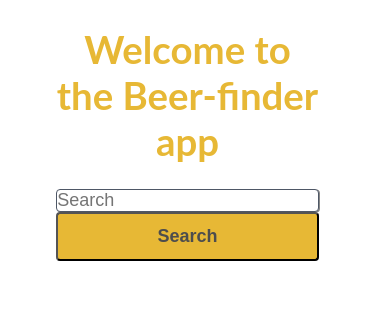
Repository: marcinszymaszek/beer-finder
Page: /
These files come from the project's save history. The page is drawn as it stood at one moment and after the next save; the edit follows.
The browser window is 375 px wide. The pictures show the whole page.
The project was rebuilt for these pictures with package versions that can differ from the ones it lists, and the page was loaded fresh each time.

Above is the page before, as saved 2020-05-10 20:37:45.

### public/index.html
<!DOCTYPE html>
<html lang="en">
  <head>
    <meta charset="utf-8" />
    <link rel="icon" href="%PUBLIC_URL%/favicon.ico" />
    <meta name="viewport" content="width=device-width, initial-scale=1" />
    <meta name="theme-color" content="#000000" />
    <meta
      name="description"
      content="Web site created using create-react-app"
    />
    <link rel="apple-touch-icon" href="%PUBLIC_URL%/logo192.png" />
    <!--
      manifest.json provides metadata used when your web app is installed on a
      user's mobile device or desktop. See https://developers.google.com/web/fundamentals/web-app-manifest/
    -->
    <link rel="manifest" href="%PUBLIC_URL%/manifest.json" />
    <!--
      Notice the use of %PUBLIC_URL% in the tags above.
      It will be replaced with the URL of the `public` folder during the build.
      Only files inside the `public` folder can be referenced from the HTML.

      Unlike "/favicon.ico" or "favicon.ico", "%PUBLIC_URL%/favicon.ico" will
      work correctly both with client-side routing and a non-root public URL.
      Learn how to configure a non-root public URL by running `npm run build`.
    -->
    <title>Beer-finder App</title>
  </head>
  <body>
    <noscript>You need to enable JavaScript to run this app.</noscript>
    <div id="root"></div>
    <!--
      This HTML file is a template.
      If you open it directly in the browser, you will see an empty page.

      You can add webfonts, meta tags, or analytics to this file.
      The build step will place the bundled scripts into the <body> tag.

      To begin the development, run `npm start` or `yarn start`.
      To create a production bundle, use `npm run build` or `yarn build`.
    -->
  </body>
</html>

### src/index.js
import React from 'react';
import ReactDOM from 'react-dom';
import './index.css';
import App from './components/main/App';
import * as serviceWorker from './serviceWorker';

ReactDOM.render(
  <React.StrictMode>
    <App />
  </React.StrictMode>,
  document.getElementById('root')
);

// If you want your app to work offline and load faster, you can change
// unregister() to register() below. Note this comes with some pitfalls.
// Learn more about service workers: https://bit.ly/CRA-PWA
serviceWorker.unregister();

### src/components/main/App.js
import React, { useState, useEffect } from 'react';
import './App.css';
import Search from '../search/Search'


const App = () => {

  return (
    <div className="main-container">
      <h1 className="app-title">Welcome to the Beer-finder app</h1>
      <Search />


    </div>
  );
}

export default App;

### src/components/main/App.css
.main-container {
  font-family: Lato, sans-serif;
  font-size: 1.5em;
  height: 100vh;
  line-height: 20px;
  font-size: 1.3rem;
  text-align: center;
  margin: 5% 20%;
  color: #e7b835;
}

.app-title{
  line-height: normal;
}

@media (max-width: 1199px)  {
  .main-container  {
    font-size: 1.2em;
  }
}

@media (max-width: 576px)  {
  .main-container  {
    height: auto;
    margin-bottom: 20%;
    margin-left: 15%;
    margin-right: 15%;
  }
}

### src/components/search/Search.js
import React, { useState, useEffect } from 'react';
import './Search.css';


const Search = () => {

    return (
        <div className="inline-container">
            <input name="text" type="text" placeholder="Search" />
            <button>Search</button>
        </div>
    )
}

export default Search;

### src/components/search/Search.css
.inline-container {
    display: flex;
    flex-flow: wrap;
    align-content: center;
    align-items: stretch;
    justify-content: space-around;
}

input {
    width: 100%;
    margin: 10px;
    padding: 18px 10px;
    border-radius: 4px;
    border: 1px solid #4e5766;
    box-shadow: 1px 0.5px #888888;
    font-size: 18px;
}

    button {
        padding: 12px 10px;
        width: 30%;
        border-radius: 4px;
        background-color: #e7b835;
        color: #4d4d4d;
        cursor: pointer;
        font-size: 18px;
        font-weight: 700;
    }


@media (max-width: 767px)  {
    .inline-container {
        justify-content: space-evenly;
    }
}

@media (max-width: 576px)  {
    input {
        width: 100%;
        margin: 0px;
        padding: 0px 0px;
    }

    button {
        width: 100%;
    }
  }

Loaded but not shown: src/index.css (common file); src/serviceWorker.js (common file)

After the next save:
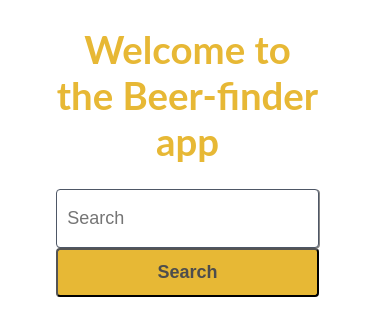
Saved 7 s later.
--- a/src/components/search/Search.css
+++ b/src/components/search/Search.css
@@ -38,7 +38,7 @@ input {
     input {
         width: 100%;
         margin: 0px;
-        padding: 0px 0px;
+        padding: 18px 10px;
     }
 
     button {
